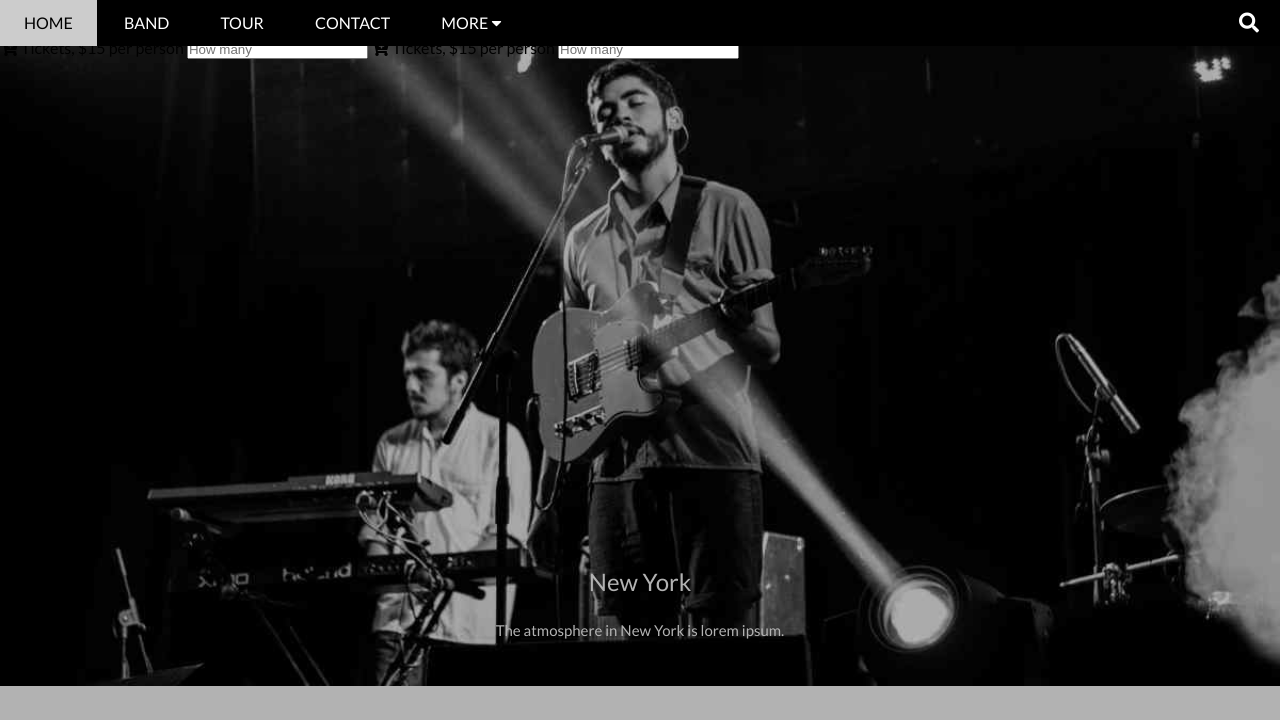
Repository: phunobi1807/theband
Page: index.html
These files come from the project's save history. The page is drawn as it stood at one moment and after the next save; the edit follows.
The browser window is 1280 px wide. The pictures show the window.
A layer covers the whole window, so only the first screen is drawn.

Above is the page before, as saved 2021-07-16 19:39:44.

### index.html
<!DOCTYPE html>
<html lang="en">

<head>
    <meta charset="UTF-8">
    <meta http-equiv="X-UA-Compatible" content="IE=edge">
    <meta name="viewport" content="width=device-width, initial-scale=1.0">
    <title>Document</title>
    <link rel="icon" href="favicon.ico" type="/assets/img/bandmember.jpg" />
    <link rel="stylesheet" href="./assets/css/style.css">
    <link rel="stylesheet" href="https://use.fontawesome.com/releases/v5.15.3/css/all.css"
        integrity="sha384-SZXxX4whJ79/gErwcOYf+zWLeJdY/qpuqC4cAa9rOGUstPomtqpuNWT9wdPEn2fk" crossorigin="anonymous">
</head>

<body>
    <div id="main">
        <div id="header">
            <!-- Begin: Nav  -->
            <ul id="nav">
                <li><a href="">Home</a></li>
                <li><a href="">Band</a></li>
                <li><a href="">Tour</a></li>
                <li><a href="">Contact</a></li>
                <li>
                    <a href="">
                        More
                        <i class="fa fa-caret-down"></i>

                    </a>
                    <ul class="subnav">
                        <li><a href="">Merchandise</a></li>
                        <li><a href="">Extras</a></li>
                        <li><a href="">Media</a></li>
                    </ul>
                </li>
            </ul>
            <!-- END: Nav  -->


            <!-- Begin: Search  -->
            <div class="search-btn">
                <i class="search-icon fas fa-search"></i>
            </div>
            <!-- END: Search  -->
        </div>

        <div id="slider">
            <div class="text-content">
                <h2 class="text-heading">
                    New York
                </h2>
                <div class="text-description">
                    The atmosphere in New York is lorem ipsum.
                </div>
            </div>
        </div>

        <div id="content">

            <!-- About Section  -->
            <div class="content-section">
                <h2 class="section-heading">
                    THE BAND
                </h2>
                <p class="section-sub-heading">
                    We love music
                </p>
                <p class="about-text">
                    We have created a fictional band website. Lorem ipsum dolor sit amet, consectetur adipiscing elit,
                    sed do eiusmod tempor incididunt ut labore et dolore magna aliqua. Ut enim ad minim veniam, quis
                    nostrud exercitation ullamco laboris nisi ut aliquip
                    ex ea commodo consequat. Duis aute irure dolor in reprehenderit in voluptate velit esse cillum
                    dolore eu fugiat nulla pariatur. Excepteur sint occaecat cupidatat non proident, sunt in culpa qui
                    officia deserunt mollit anim id est laborum consectetur
                    adipiscing elit, sed do eiusmod tempor incididunt ut labore et dolore magna aliqua. Ut enim ad minim
                    veniam, quis nostrud exercitation ullamco laboris nisi ut aliquip ex ea commodo consequat.
                </p>
                <div class="members-list">
                    <div class="member-item">
                        <p class="member-name">
                            Name
                        </p>
                        <img src="./assets/img/bandmember.jpg" alt="Name" class="member-img">
                    </div>
                    <div class="member-item">
                        <p class="member-name">
                            Name
                        </p>
                        <img src="./assets/img/bandmember.jpg" alt="Name" class="member-img">
                    </div>
                    <div class="member-item">
                        <p class="member-name">
                            Name
                        </p>
                        <img src="./assets/img/bandmember.jpg" alt="Name" class="member-img">
                    </div>
                </div>
                <div class="clear"></div>
            </div>

            <!-- Tour Section  -->
            <div class="tour-section">
                <div class="content-section">
                    <h2 class="section-heading text-white">
                        TOUR DATES
                    </h2>
                    <p class="section-sub-heading text-white">
                        Remember to book your tickets!
                    </p>
                    <ul class="tickets-list">
                        <li>September <span class="sold-out">Sold out</span></li>
                        <li>October <span class="sold-out">Sold out</span></li>
                        <li>November <span class="quantity">3</span></li>
                    </ul>
                    <!-- Places  -->
                    <div class="places-list">
                        <div class="place-item">
                            <img src="./assets/img/place1.jpg" alt="New York" class="place-img">
                            <div class="place-body">
                                <h3 class="place-heading">
                                    New York
                                </h3>
                                <p class="place-time">
                                    Fri 27 Nov 2016
                                </p>
                                <p class="place-description">
                                    Praesent tincidunt sed tellus ut rutrum sed vitae justo.
                                </p>
                                <a href="#" class="place-buy-btn" onclick="myFunction()">Buy Tickets</a>
                            </div>
                        </div>
                        <div class="place-item">
                            <img src="./assets/img/place2.jpg" alt="New York" class="place-img">
                            <div class="place-body">
                                <h3 class="place-heading">
                                   Paris
                                </h3>
                                <p class="place-time">
                                    Fri 28 Nov 2016
                                </p>
                                <p class="place-description">
                                    Praesent tincidunt sed tellus ut rutrum sed vitae justo.
                                </p>
                                <a href="#" class="place-buy-btn" onclick="myFunction()">Buy Tickets</a>
                            </div>
                        </div>
                        <div class="place-item">
                            <img src="./assets/img/place3.jpg" alt="New York" class="place-img">
                            <div class="place-body">
                                <h3 class="place-heading">
                                    San Francisco
                                </h3>
                                <p class="place-time">
                                    Fri 29 Nov 2016
                                </p>
                                <p class="place-description">
                                    Praesent tincidunt sed tellus ut rutrum sed vitae justo.
                                </p>
                                <a href="#" class="place-buy-btn" onclick="myFunction()">Buy Tickets</a>
                            </div>
                        </div>
                        <div class="clear"></div>
                    </div>
                </div>
            </div>

            <!-- Contact Section  -->
            <div class="content-section">
                <h2 class="section-heading">
                    CONTACT
                </h2>
                <p class="section-sub-heading">
                    Fan? Drop a note!
                </p>
            </div>
        </div>


        <div id="footer">

        </div>
    </div>
    <div class="modal">
            <div class="modal-container">
                <div class="modal-close">
                    <i class="fas fa-times"></i>
                </div>
                <header class="modal-header">
                    <i class="fas fa-cart-plus"></i>
                    Tickets
                </header>
                <div class="modal-body">
                    <label for="" class="modal-label">
                        <i class="fas fa-cart-plus"></i>
                        Tickets, $15 per person
                    </label>
                    <input type="text" class="modal-input" placeholder="How many">

                    <label for="" class="modal-label">
                        <i class="fas fa-cart-plus"></i>
                        Tickets, $15 per person
                    </label>
                    <input type="text" class="modal-input" placeholder="How many">

                </div>
            </div>
    </div>

</body>

</html>

### assets/css/style.css
/* Reset CSS  */
@import url(https://fonts.googleapis.com/css2?family=Lato:wght@100;200;300;400;500;600;800;900&display=swap);
*
{
    padding: 0;
    margin: 0;
    box-sizing: border-box;
}

html
{
    scroll-behavior: smooth;
    font-family: 'Lato', sans-serif;
}
/*
1.Từ ngoài vào trong
2.Từ trên xuống dưới
3.Tổng quan đến chi tiết
 */


/* 1.Vị trí
    2.Kích thướt
    3.Màu sắc
    4.Kiểu dáng
 */
 .clear
 {
     clear: both;
 }
.text-white
{
    color: #fff !important;
}




 #header
 {
    height: 46px;
    background-color: #000;
    position: fixed;
    top: 0;
    left: 0;
    right: 0;
    z-index: 1;
 }

 #nav
 {
     display: inline-block;
 }
 #nav, .subnav
 {
     list-style-type: none;
 }

 #nav > li
 {
    display: inline-block;
 }

 #nav li
 {

     position: relative;

 }
 #nav >  li:hover > a,
 #nav .subnav li:hover a
 {
     color: #000;
     background-color: #ccc;
 }

 #nav > li > a
 {
    color: #fff;
    text-transform: uppercase;
 }
 #nav li a
 {
    line-height: 46px;
    padding: 0px 24px;
    text-decoration: none;
    display: block;
 }
 #nav li:hover .subnav
 {
     display: block;
 }
 #nav .subnav
 {
     display: none;
     min-width: 160px;
     position: absolute;
     top: 100%;
     background-color: #fff;
     box-shadow: 0 0 10px rgba(0, 0, 0, 0.3);
 }
 #nav .subnav a
 {
     color: #000;
     padding: 0px 12px;
     line-height: 38px;
 }


 #header .search-btn
{
    float: right;
    padding: 0px 21px;
}
#header .search-btn:hover
{
    background-color: #f44336;
    cursor: pointer;
}

#header .search-icon
{
    color: #fff;
    font-size: 20px;
    line-height: 46px;


}
 #slider
 {
   position: relative;
   margin-top: 46px;
   padding-top: 50%;
   background: url('/assets/img/chicago.jpg') center / cover no-repeat ;
 }

#slider .text-content
{
    position: absolute;
    bottom: 47px;
    color: #fff;
    text-align: center;
    width: 100%;
}

#slider .text-heading
{
    font-weight: 500;
    font-size: 24px;
}

#slider .text-description
{
    font-size: 15px;
    margin-top: 25px;
}


 #content
 {

 }

 #content .content-section
 {
     width: 800px;
     padding: 64px 0px;
     margin: auto;
 }

 #content .section-heading
 {
     font-size: 30px;
     text-align: center;
     font-weight: 500;
     letter-spacing: 4px;
 }
 #content .section-sub-heading
 {
     font-size: 15px;
     text-align: center;
     margin: 25px 0px;
     font-style: italic;
     opacity: 0.6;

 }

 #content .about-text
 {
     font-size: 15px;
     text-align: justify;
     line-height: 1.4;
 }
 #content .members-list
 {
     margin-top: 48px;
 }

 #content .member-item
 {
     float: left;
     width: 33.3333333%;
     text-align: center;
 }

 #content .member-name
 {
     font-size: 15px;

 }
 #content .member-img
{
    margin-top: 15px;
    width: 154px;
    border-radius: 4px;
}

/* Tour section  */
.tour-section
{
    background-color: #000;
}
.tickets-list
{
    background-color: #fff;
    margin-top: 40px;
}

.tickets-list li
{
    color: #757575;
    font-size: 15px;
    padding: 11px 16px;
    list-style-type: none;
    border-bottom: 1px solid #ddd;
}
.tickets-list .sold-out
{
background-color: #f44336;
color: #fff;
padding: 3px 4px;
margin-left: 16px;
}
.tickets-list .quantity
{
    float: right;
    width: 24px;
    height: 24px;
    background-color: #000;
    color: #fff;
    border-radius: 50%;
    text-align: center;
    line-height: 24px;
    margin-top: -2px;
}

/* Places  */
.places-list
{
    margin: 32px -8px 0px;
    padding-bottom: 48px;
}
.place-item
{
    float: left;
    width: 33.333333%;
    padding: 0px 8px;
}
.place-img
{
    width: 100%;
    display: block;
}
.place-img:hover
{
    opacity: 0.6;
}
.place-body
{
    padding: 16px;
    font-size: 15px;
    background-color: #fff;
}
.place-heading
{
   font-size: 15px;
   font-weight: 600;
}
.place-time
{
    margin-top: 15px;
    color: #757575;
}
.place-description
{
    margin-top: 15px;
    line-height: 1.4;
}
.place-buy-btn
{
    color: #fff;
    background-color: #000;
    text-decoration: none;
    padding: 11px 16px;
    display: inline-block;
    margin-top: 15px;
}
.place-buy-btn:hover
{
    color: #000;
    background-color: #ccc;
}
 #footer
 {

 }

 .modal
 {
     position: fixed;
     top: 0;
     right: 0;
     bottom: 0;
     left: 0;
     background-color: rgba(0,0,0,0.3);
 }

After the next save:
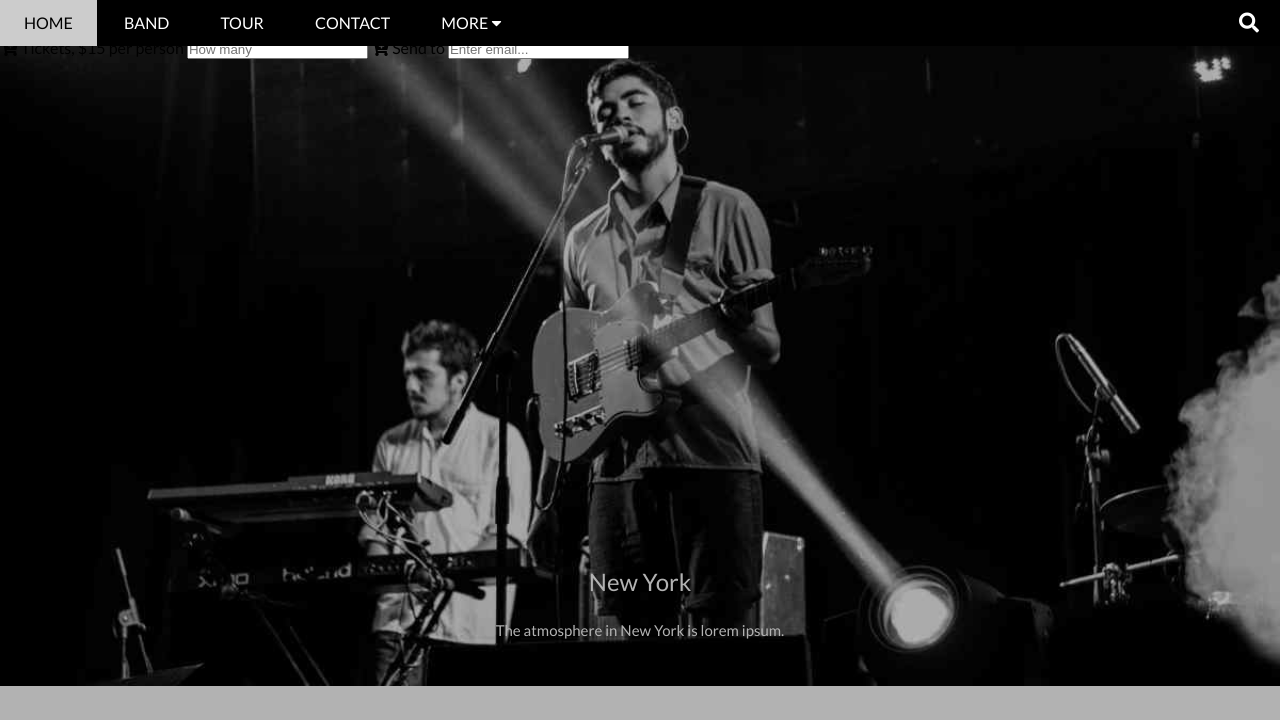
Saved 16 s later.
--- a/index.html
+++ b/index.html
@@ -198,9 +198,9 @@
 
                     <label for="" class="modal-label">
                         <i class="fas fa-cart-plus"></i>
-                        Tickets, $15 per person
+                        Send to
                     </label>
-                    <input type="text" class="modal-input" placeholder="How many">
+                    <input type="text" class="modal-input" placeholder="Enter email...">
 
                 </div>
             </div>
